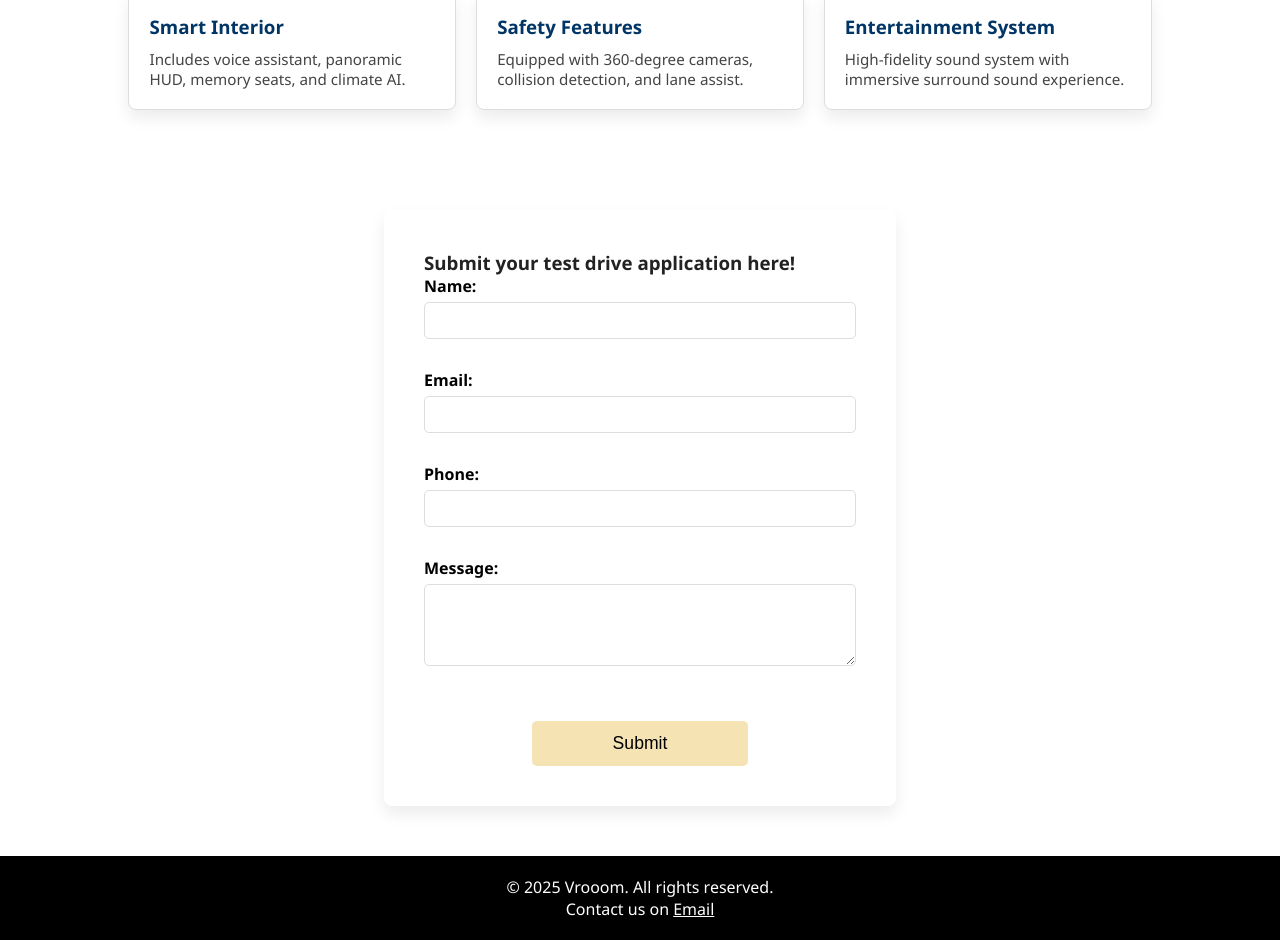
Repository: JiaheSu22/vrooom-responsive-main
Page: index.html
An editor plug-in stored every save of this project. The page is shown before and after the next save, followed by the edit.
The browser window is 1280 px wide. The pictures show the part of the page from y = 908 to 1860 px (the page is 1848 px tall before and 1868 px after).
A picture or video elsewhere on the page could not be fetched, so the positions and the page height are approximate.

Above is the page before, as saved 2025-04-11 15:36:13.

### index.html
<!DOCTYPE html>
<html lang="en">

<head>
  <meta charset="UTF-8">
  <title>Vrooom — Barracuda X10</title>
  <style>
    * {
      box-sizing: border-box;
      margin: 0;
      padding: 0;
    }

    body {
      font-family: 'Segoe UI', sans-serif;
      background-color: #f9f9f9;
      color: #222;
    }

    /* HERO SECTION */
    .hero {
      position: relative;
      height: 100vh;
      width: 100%;
      background-image: url('assets/mercedes-vision-avtr.webp');
      background-repeat: no-repeat;
      background-size: cover;
      background-position: center;
      overflow: hidden;
    }

    /* Optional dark overlay for unifying text+video contrast */
    .hero::before {
      content: "";
      position: absolute;
      inset: 0;
      background: linear-gradient(to right, rgba(0, 0, 0, 0.7), rgba(0, 0, 0, 0.1));
      z-index: 0;
    }

    /* Logo - slightly rotated, floating */
    .hero-logo {
      position: absolute;
      left: 2px;
      width: 30%;
      transform: rotate(-8deg);
      z-index: 0;
    }

    .hero-logo img {
      width: 100%;
    }

    /* Rotated text box */
    .hero-text {
      position: absolute;
      bottom: 3%;
      left: 5%;
      background: rgba(255, 255, 255, 0.1);
      padding: 30px;
      border-left: 6px solid #f6e3b4;
      border-radius: 10px;
      backdrop-filter: blur(1px);
      z-index: 0;

    }

    .hero-text h1 {
      font-size: 3em;
      color: #a0fcf7;
      margin-bottom: 10px;
    }

    .hero-text p {
      font-size: 1.2em;
      color: #fff;
    }

    /* Tilted video box */
    .hero-video {
      position: absolute;
      top: auto;
      bottom: 20px;
      right: 20px;
      box-shadow: 0 10px 20px rgba(0, 0, 0, 0.6);
      z-index: 0;
      border-radius: 5px;
      overflow: hidden;
      transition: transform 0.3s ease;
    }

    .hero-video:hover {
      transform: scale(1.3);
    }

    .hero-video video {
      width: 100%;
      display: block;
      border-radius: 2px;
    }

    /* CARD SECTION */
    .card-section {
      display: flex;
      flex-wrap: wrap;
      justify-content: center;
      gap: 20px;
      padding: 50px 10%;
      background-color: #ffffff;
    }

    .top-card {
      background: rgb(248, 240, 194);
      border: 1px solid #f97705;
      border-radius: 8px;
      box-shadow: 0 8px 16px rgba(0, 0, 0, 0.08);
      padding: 20px;
      width: 32%;
      transition: transform 0.3s ease;
    }

    .card {
      background: white;
      border: 1px solid #ddd;
      border-radius: 8px;
      box-shadow: 0 8px 16px rgba(0, 0, 0, 0.08);
      width: 32%;
      padding: 20px;
      transition: transform 0.3s ease;
    }

    .top-card:hover {
      transform: translateY(10px);
      box-shadow: 0 12px 24px rgba(101, 247, 205, 0.1);
    }

    .card:hover {
      transform: translateY(-5px);
      box-shadow: 0 12px 24px rgba(0, 0, 0, 0.1);
    }

    .card h3 {
      margin-bottom: 10px;
      color: #003566;
    }

    .card p {
      font-size: 0.95em;
      color: #444;
    }

    .form-section {
      display: flex;
      flex-direction: column;
      background: #ffffff;
      padding: 50px 10%;

    }



    .form-section form {
      display: flex;
      flex-direction: column;
      border-radius: 8px;
      box-shadow: 0 8px 16px rgba(0, 0, 0, 0.08);
      width: 50%;
      padding: 40px;
      margin: auto;
    }

    .form-section label {
      display: flex;
      font-weight: bold;
      margin-bottom: 5px;
      color: #000000;
    }

    .form-section input,
    textarea {
      width: 100%;
      padding: 10px;
      border: 1px solid #ddd;
      border-radius: 5px;
      margin-bottom: 15px;
    }

    .form-section .form {
      margin-bottom: 15px;
    }

    .form-section button {
      margin: auto;
      background: #f6e3b4;
      color: #000000;
      border: none;
      padding: 12px 25px;
      border-radius: 5px;
      cursor: pointer;
      font-size: 1.1em;
      width: 50%;
      margin-top: 20px;
      transition: background 0.3s ease;
    }

    .form-section button:hover {
      background: #f97705;
      color: #fff;
    }

    .footer {
      background: #000000;
      padding: 20px;
      text-align: center;
      color: #ffffff;
    }

    .footer a {
      color: #ffffff;
      transition: background 0.3s ease;
    }

    .footer a:hover {
      color: #f6e3b4;
    }

    /* Responsive Adjustments */
    @media (max-width: 768px) {
      .hero-text {
        position: static;
        margin: 20px auto;
        background: rgba(0, 0, 0, 0.7);
        text-align: center;
      }

      .hero-video {
        position: static;
        width: 90%;
        margin: 20px auto;
      }

      .card-section {

        align-items: center;
        padding: 30px 5%;
      }
    }
  </style>
</head>

<body>

  <!-- HERO SECTION -->
  <section class="hero">

    <!-- Logo -->
    <div class="hero-logo">
      <img src="assets/logo-enh.png" alt="Vrooom Logo">
    </div>

    <!-- Text -->
    <div class="hero-text">
      <h1>Mercedes Vision AVTR</h1>
      <p>A marriage between art and science.</p>
    </div>

    <!-- Video -->
    <div class="hero-video">
      <video autoplay loop muted>
        <source src="assets/avtr-demo.mp4" type="video/mp4">
        Your browser does not support the video tag.
      </video>
    </div>

  </section>

  <!-- CARD SECTION -->
  <section class="card-section">
    <div class="top-card">
      <h3>Top Speed</h3>
      <p>Reaches up to 220mph on open track with aerodynamic support.</p>
    </div>
    <div class="top-card">
      <h3>Acceleration</h3>
      <p>0 to 60mph in just 3.0 seconds. The surge you feel is real.</p>
    </div>
    <div class="top-card">
      <h3>Eco Mode</h3>
      <p>Fuel-efficient and clean in city mode — go fast and green.</p>
    </div>
    <div class="card">
      <h3>Smart Interior</h3>
      <p>Includes voice assistant, panoramic HUD, memory seats, and climate AI.</p>
    </div>
    <div class="card">
      <h3>Safety Features</h3>
      <p>Equipped with 360-degree cameras, collision detection, and lane assist.</p>
    </div>
    <div class="card">
      <h3>Entertainment System</h3>
      <p>High-fidelity sound system with immersive surround sound experience.</p>
    </div>
  </section>

  <section class="form-section">
    <form action="">
      <div class="form-header">
        <h3>Submit your test drive application here!</h3>
      </div>
      <div class="form">
        <label for="name">Name:</label>
        <input type="text" id="name" name="name" required>
      </div>
      <div class="form">
        <label for="email">Email:</label>
        <input type="email" id="email" name="email" required>
      </div>
      <div class="form">
        <label for="phone">Phone:</label>
        <input type="tel" id="phone" name="phone" required>
      </div>
      <div class="form">
        <label for="message">Message:</label>
        <textarea id="message" name="message" rows="4" required></textarea>
      </div>
      <button type="submit">Submit</button>
    </form>
  </section>

  <section class="footer">
    <footer>
      <div class="footer-content">
        <p>&copy; 2025 Vrooom. All rights reserved.</p>
        <p>Contact us on <a href="mailto:contect@vroom.com">Email</a>
      </div>
    </footer>
  </section>
</body>

</html>

After the next save:
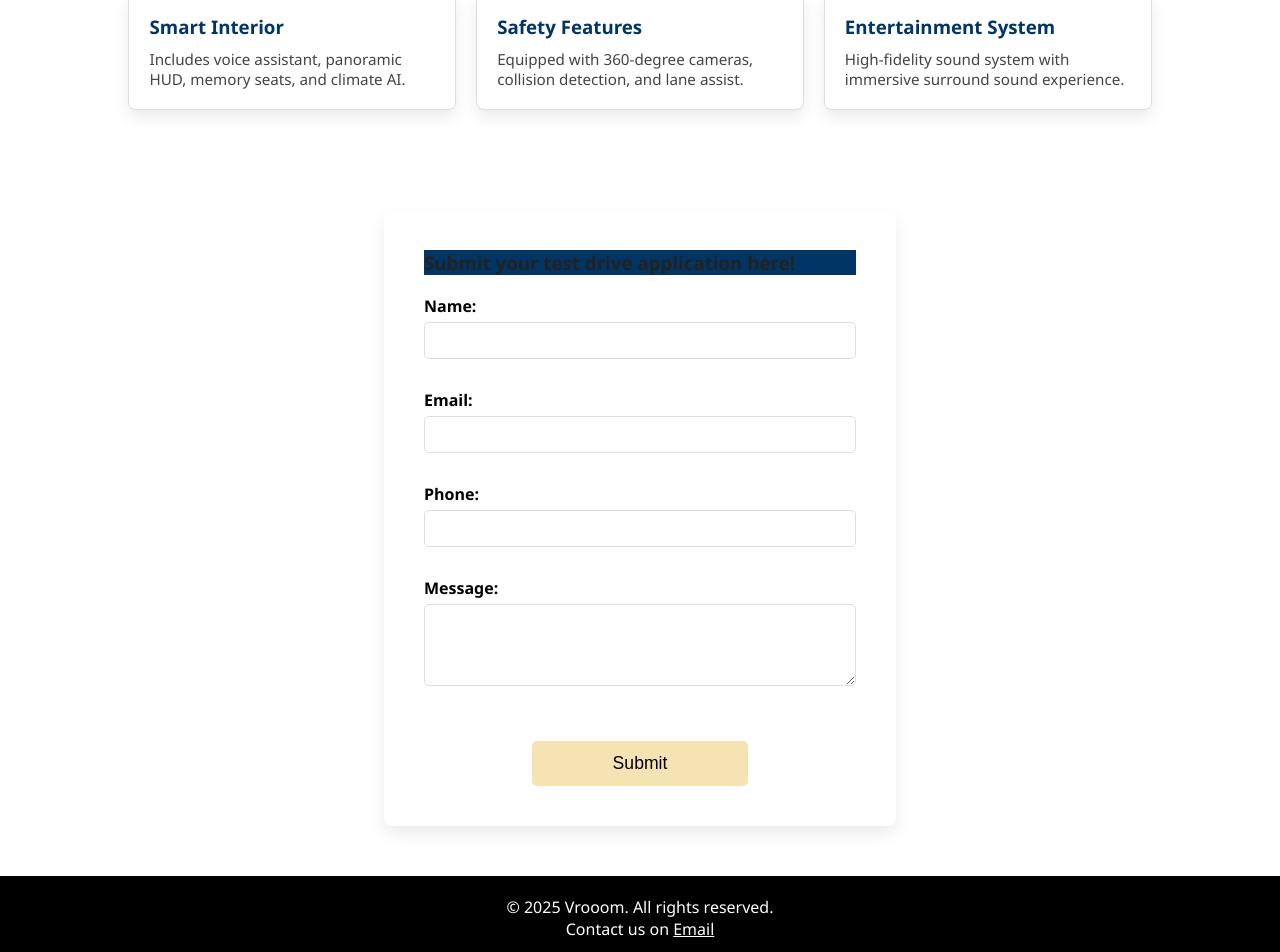
Saved 50 s later.
--- a/index.html
+++ b/index.html
@@ -157,7 +157,10 @@
 
     }
 
-
+    .form-section .form-header {
+      background-color: #003566;
+      margin-bottom: 20px;
+    }
 
     .form-section form {
       display: flex;
